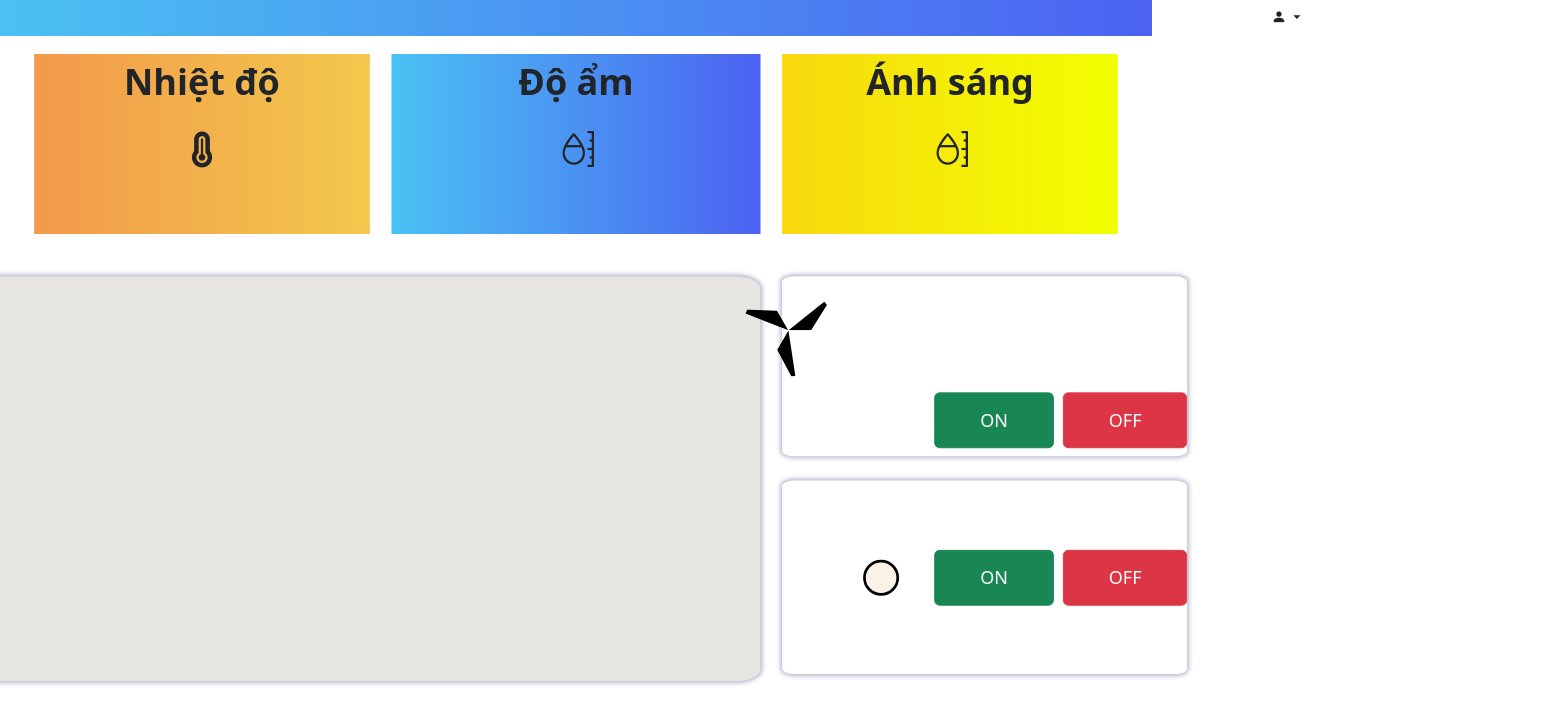
Repository: ndmq03102002/BTL_IOT
Page: Fontend_IOT/iot/index.html
These files come from the project's save history. The page is drawn as it stood at one moment and after the next save; the edit follows.
The browser window is 1280 px wide. The page is 1458 px wide, then 1735 px, so the pictures cover 1735 px, including what lies to the right of the window. The pictures show the whole page, at 90% of full size.
Some web libraries are served in a nearby version.

Above is the page before, as saved 2023-09-07 10:09:25.

### Fontend_IOT/iot/index.html
<!DOCTYPE html>
<html lang="en">
<head>
    <meta charset="UTF-8">
    <meta name="viewport" content="width=device-width, initial-scale=1.0">
    <title>Document</title>
    <link rel="stylesheet" href="style.css">
    <link rel="stylesheet" href="bootstrap/css/bootstrap.css">
    <link rel="stylesheet" href="assets/fonts/fontawesome/css/fontawesome-all.min.css">
    <script src="https://cdnjs.cloudflare.com/ajax/libs/Chart.js/2.9.4/Chart.js"></script>
    <script src="https://kit.fontawesome.com/1be2f108e2.js" crossorigin="anonymous"></script>
    <link rel="stylesheet" href="https://cdn.jsdelivr.net/npm/bootstrap-icons@1.10.5/font/bootstrap-icons.css">
    <link rel="stylesheet" href="https://cdnjs.cloudflare.com/ajax/libs/font-awesome/6.0.0/css/all.min.css" integrity="sha512-9usAa10IRO0HhonpyAIVpjrylPvoDwiPUiKdWk5t3PyolY1cOd4DSE0Ga+ri4AuTroPR5aQvXU9xC6qOPnzFeg==" crossorigin="anonymous" referrerpolicy="no-referrer" />

</head>
<header style="width: 100%; height: 40px; margin :auto;background: linear-gradient(to right, #4ac2f2, #4c62f2)">

    <div class="col-sm-12">
        <div class="btn-group" style=" margin-left: 1300px;  ">
            <a class="btn btn-white dropdown-toggle" style="border-radius: 0%;display: block; margin-left: 100px;" href="#" role="button" data-bs-toggle="dropdown" aria-expanded="false">
                <i class="bi bi-person-fill"></i>
              </a>
            <ul class="dropdown-menu">
                <li><a href="javascript:" class="dropdown-item"><i class="bi bi-person"></i> MSV: B20DCCN064</a></li>
                <li><a href="javascript:" class="dropdown-item"><i class="bi bi-phone"></i> Phone: 0399602556</a></li>
                <li><a href="message.html" class="dropdown-item"><i class="bi bi-envelope"></i> Email: Caibutchi2672gmail.com</a></li>
            </ul>
          </div>
</header>
<body>
     <div  style="background-color:white;height:700px; margin-bottom: 50px;">
        <div class="row">
            <div  class="col-sm-4 col-pd"style="padding-left: 50px;" >
                <div class="khoi1 khoi-size">
                        <p >Nhiệt độ</p>
                        <p style="display: inline; " class="count1"></p>
                        <span><i class='fa-solid fa-temperature-full'></i></span>

                </div>
            </div>
            <div class="col-sm-4 col-pd">
                <div class="khoi2 khoi-size">
                    <p> Độ ẩm</p>
                    <p style="display: inline;" class="count2"></p>
                    <span> <i class="bi bi-moisture"></i></span>
                </div>
            </div>
            <div class="col-sm-4 col-pd" style="padding-right: 50px;">
                <div class="khoi3 khoi-size">
                    <p>Ánh sáng</p>
                    <p style="display: inline;" class="count3"></p>
                    <span> <i class="bi bi-moisture"></i></span>
                </div>
            </div>
            <div class="col-sm-8 " >
                <div class="khoi" style="height: 450px;width: 950px; float:right">
                    <canvas id="myChart" style="border-radius: 3%; width:100%;height: 100%;background-color: rgb(231, 229, 226);"></canvas>
                </div>
            </div>
            <div class="col-sm-4 ">
                <div class="khoi khoiii" style=" background-color: white; height: 200px; width: 450px; float: left; display: flex; justify-content: center; align-items: center;">
                    <div class="fan">
                        <div class="blade blade-1"></div>
                        <div class="blade blade-2"></div>
                        <div class="blade blade-3"></div>
                        <div class="stand"></div>
                    </div>
                    <div class="button" style="margin-top:120px; margin-left: 100px;">
                        <button class="btn btn-success " onclick="OnFan()" style="--bs-btn-padding-y: 15px; --bs-btn-padding-x: 50px; --bs-btn-font-size: 20px; ">ON</button>
                         <button class="btn btn-danger " onclick="OffFan()" style="--bs-btn-padding-y: 15px; --bs-btn-padding-x: 50px; --bs-btn-font-size: 20px;">OFF</button>
                    </div>
                </div>
                <div class="khoi " style="background-color: white; margin-bottom: 20px; height: 215px; width: 450px; float: left; display: flex; justify-content: center; align-items: center;">
                    <div class="light" >
                        <div class="light-bulb" > </div>
                    </div>
                    <div class="button"  style="margin: auto;">
                        <button class="btn btn-success " onclick="OnLight()" style="--bs-btn-padding-y: 15px; --bs-btn-padding-x: 50px; --bs-btn-font-size: 20px; ">ON</button>
                         <button class="btn btn-danger " onclick="OffLight()" style="--bs-btn-padding-y: 15px; --bs-btn-padding-x: 50px; --bs-btn-font-size: 20px;">OFF</button>

                    </div>

                </div>
            </div>
        </div>
    </div>
    <p>

    <script src="https://cdn.jsdelivr.net/npm/axios/dist/axios.min.js"></script>
    <script src="js.js"></script>
    <script src="jquery.js"></script>
    <script src="popper.min.js"></script>
    <script src="bootstrap/js/bootstrap.min.js"></script>
</body>
</html>

### Fontend_IOT/iot/style.css
html {
  margin: 0;
  padding: 0;
}

.khoi {
  width: 100%;
  height: 200px;
  margin-right: 0px;
  margin-bottom: 27px;
  background-color: #9fb4d0;

  box-shadow: 0px 0px 5px 2px rgba(97, 95, 151, 0.47);
  border-radius: 3%;
}
.khoi1 {
  width: 100%;
  height: 200px;
  margin-right: 0px;
  margin-bottom: 27px;
  background: linear-gradient(to right, #f2994a, #f2c94c);
}
.khoi2 {
  width: 100%;
  height: 200px;
  margin-right: 0px;
  margin-bottom: 27px;
  background: linear-gradient(to right, #4ac2f2, #4c62f2);
}
.khoi3 {
  width: 100%;
  height: 200px;
  margin-right: 0px;
  margin-bottom: 27px;
  background: linear-gradient(to right, #f8d90f, #f2ff00);
}
.khoii {
  width: 100%;
  height: 500px;
  background-color: black;
}
.abc {
  margin-bottom: 30px;
}
.col-pd {
  padding: 20px;
}
.khoi-size {
  font-size: 40px;
  font-weight: bold;
  text-align: center;
}
.fan {
  width: 200px;
  height: 200px;
  position: relative;
}

.blade {
  width: 0;
  height: 0;
  position: absolute;
  top: 10%;
  left: 10%;
  transform-origin: 0 50%;
  background-color: #000000;
  border-radius: 50%;
}

.blade-1 {
  width: 50px;
  height: 80px;
  clip-path: polygon(0 50%, 100% 0, 50% 50%);
  transform: rotate(0deg);
  /* animation: rotateFan1 1s linear infinite; */
}

.blade-2 {
  width: 50px;
  height: 80px;
  clip-path: polygon(0 50%, 100% 0, 50% 50%);
  transform: rotate(120deg);
  /* animation: rotateFan2 1s linear infinite; */
}

.blade-3 {
  width: 50px;
  height: 80px;
  clip-path: polygon(0 50%, 100% 0, 50% 50%);
  transform: rotate(240deg);
  /* animation: rotateFan3 1s linear infinite; */
}

@keyframes rotateFan2 {
  to {
    transform: rotate(480deg);
  }
}
@keyframes rotateFan1 {
  to {
    transform: rotate(360deg);
  }
}
@keyframes rotateFan3 {
  to {
    transform: rotate(600deg);
  }
}
.button {
  display: flex;
  flex-direction: row;
  justify-content: space-between;
}

.button .btn-success {
  margin-right: 10px; /* Thêm khoảng cách bên phải cho nút "ON" */
}
.light {
  width: 200px;
  height: 200px;
}

.light-bulb {
  width: 40px;
  height: 40px;
  background-color: rgb(251 242 231);
  border: 3px solid #000;
  border-radius: 50%;
  position: relative;
  left: 90px;
  top: 80px;
}
@keyframes bulbLight {
  to {
    border: 5px solid transparent;
    box-shadow: 0 0 30px 50px rgba(255, 255, 0, 0.912);
  }
}

### Fontend_IOT/iot/js.js
let Listbox = document.querySelectorAll(".khoi-size");
let box1 = Listbox[0];
let box2 = Listbox[1];
let box3 = Listbox[2];
// let arrayP = box.getElementsByTagName("p");
// console.log(arrayP[1].innerText);

let countTemp = document.getElementsByClassName(".count1").innerText;
let countHum = document.getElementsByClassName(".count2").innerText;
let countLight = document.getElementsByClassName(".count3").innerText;

let count = 0;

function changeTemp() {
  if (countTemp <= 10) {
    box1.style.backgroundColor = "#9fb4d0";
  } else if (countTemp <= 25) {
    box1.style.backgroundColor = "#3fc848";
  } else if (countTemp <= 35) {
    box1.style.backgroundColor = "#c8b83f";
  } else {
    box1.style.backgroundColor = "#c83f3f";
  }
  if (countTemp > 50) {
    box1.style.backgroundColor = "#fd0606";
  }
}
function changeHum() {
  if (countHum <= 10) {
    box2.style.backgroundColor = "#9fb4d0";
  } else if (countHum <= 25) {
    box2.style.backgroundColor = "#3fc848";
  } else if (countHum <= 35) {
    box2.style.backgroundColor = "#c8b83f";
  } else {
    box2.style.backgroundColor = "#c83f3f";
  }
  if (countHum > 50) {
    box2.style.backgroundColor = "#fd0606";
  }
}
function changeLight() {
  if (countLight <= 10) {
    box3.style.backgroundColor = "#9fb4d0";
  } else if (countLight <= 25) {
    box3.style.backgroundColor = "#3fc848";
  } else if (countLight <= 35) {
    box3.style.backgroundColor = "#c8b83f";
  } else {
    box3.style.backgroundColor = "#c83f3f";
  }
  if (countLight > 50) {
    box3.style.backgroundColor = "#fd0606";
  }
}
function getTempAllData() {
  fetch("http://localhost:8080/Iot/getAllData")
    .then(function (response) {
      return response.json();
    })
    .then(function (posts) {
      const temp = [];
      const hum = [];
      const light = [];
      for (let key of posts) {
        temp.push(key.temperature);
        hum.push(key.humidity);
        light.push(key.light);
      }
      // hiển thị nhiệt độ
      countTemp = document.querySelector(".count1").innerText =
        temp[temp.length - 1];
      countHum = document.querySelector(".count2").innerText =
        hum[hum.length - 1];
      countLight = document.querySelector(".count3").innerText =
        light[light.length - 1];
      console.log("hello");
      changeTemp();
      changeHum();
      changeLight();
      //hiển thị đồ thị
      const xValues = [1, 5, 10, 15, 20, 25, 30, 35, 40, 45];
      type: "line",
        new Chart("myChart", {
          type: "line",
          data: {
            labels: xValues,
            datasets: [
              {
                data: temp,
                borderColor: "red",
                fill: false,
              },
              {
                data: hum,
                borderColor: "green",
                fill: false,
              },
              {
                data: light,
                borderColor: "blue",
                fill: false,
              },
            ],
          },
          options: {
            legend: { display: false },
            scales: {
              yAxes: [
                {
                  ticks: {
                    min: 1, // Giá trị tối thiểu trên trục tung
                    max: 100, // Giá trị tối đa trên trục tung
                    stepSize: 5, // Bước giữa các giá trị
                  },
                },
              ],
            },
          },
        });
    })
    .catch(function (err) {
      console.log(err);
    });
}
function OnFan() {
  const blade1 = (document.querySelector(".blade-1").style.animation =
    "rotateFan1 1s linear infinite");
  const blade2 = (document.querySelector(".blade-2").style.animation =
    "rotateFan2 1s linear infinite");
  const blade3 = (document.querySelector(".blade-3").style.animation =
    "rotateFan3 1s linear infinite");
}
function OffFan() {
  const blade1 = document
    .querySelector(".blade-1")
    .style.removeProperty("animation");
  const blade2 = document
    .querySelector(".blade-2")
    .style.removeProperty("animation");
  const blade3 = document
    .querySelector(".blade-3")
    .style.removeProperty("animation");
}
function OnLight() {
  const light = (document.querySelector(".light-bulb").style.animation =
    "bulbLight 1s linear forwards");
}
function OffLight() {
  const light = document
    .querySelector(".light-bulb")
    .style.removeProperty("animation");
}

Loaded but not shown: Fontend_IOT/iot/bootstrap/css/bootstrap.css (library); Fontend_IOT/iot/jquery.js (library); Fontend_IOT/iot/popper.min.js (library); Fontend_IOT/iot/bootstrap/js/bootstrap.min.js (library)

After the next save:
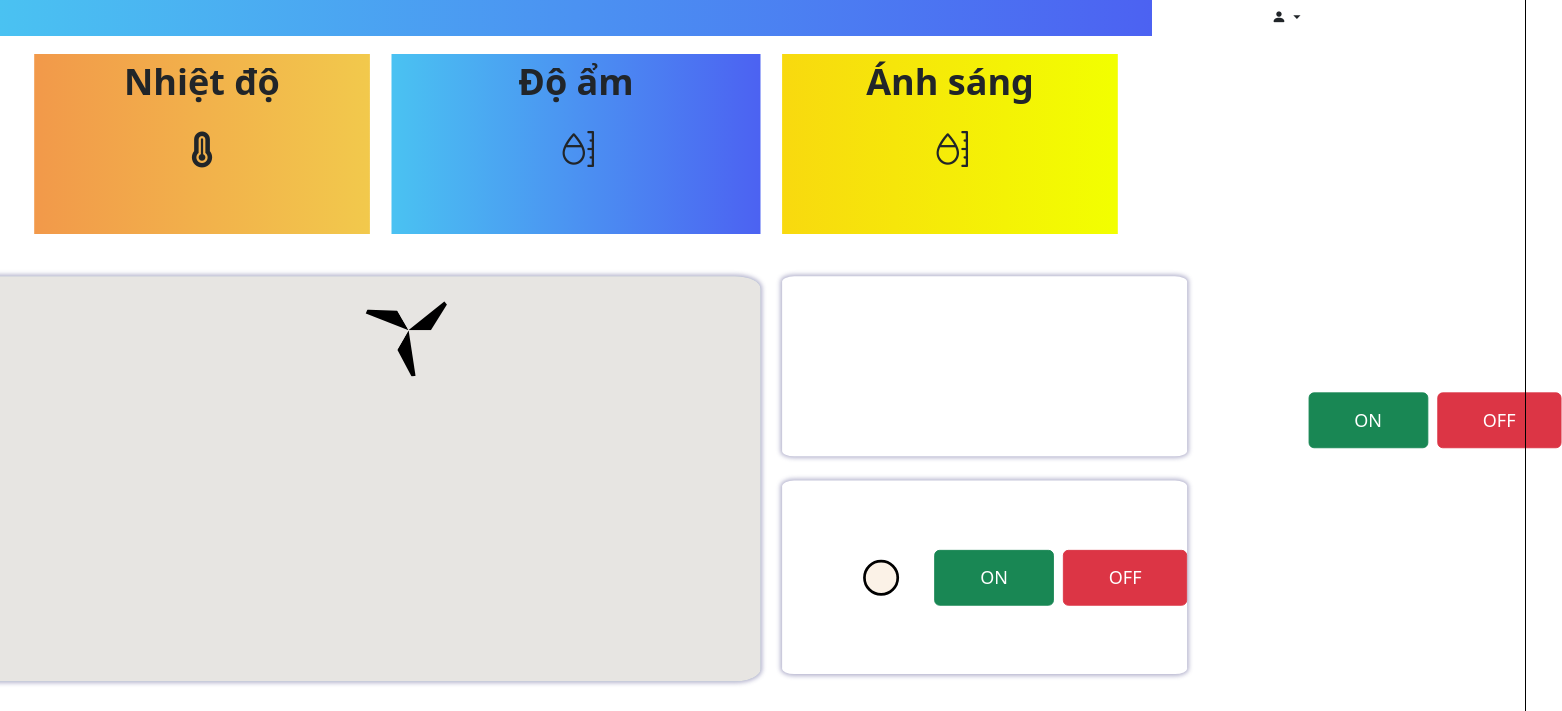
Saved 15 s later.
--- a/Fontend_IOT/iot/index.html
+++ b/Fontend_IOT/iot/index.html
@@ -65,7 +65,7 @@
                         <div class="blade blade-3"></div>
                         <div class="stand"></div>
                     </div>
-                    <div class="button" style="margin-top:120px; margin-left: 100px;">
+                    <div class="button" style="margin-top:120px; margin-left: 1000px;">
                         <button class="btn btn-success " onclick="OnFan()" style="--bs-btn-padding-y: 15px; --bs-btn-padding-x: 50px; --bs-btn-font-size: 20px; ">ON</button>
                          <button class="btn btn-danger " onclick="OffFan()" style="--bs-btn-padding-y: 15px; --bs-btn-padding-x: 50px; --bs-btn-font-size: 20px;">OFF</button>
                     </div>
